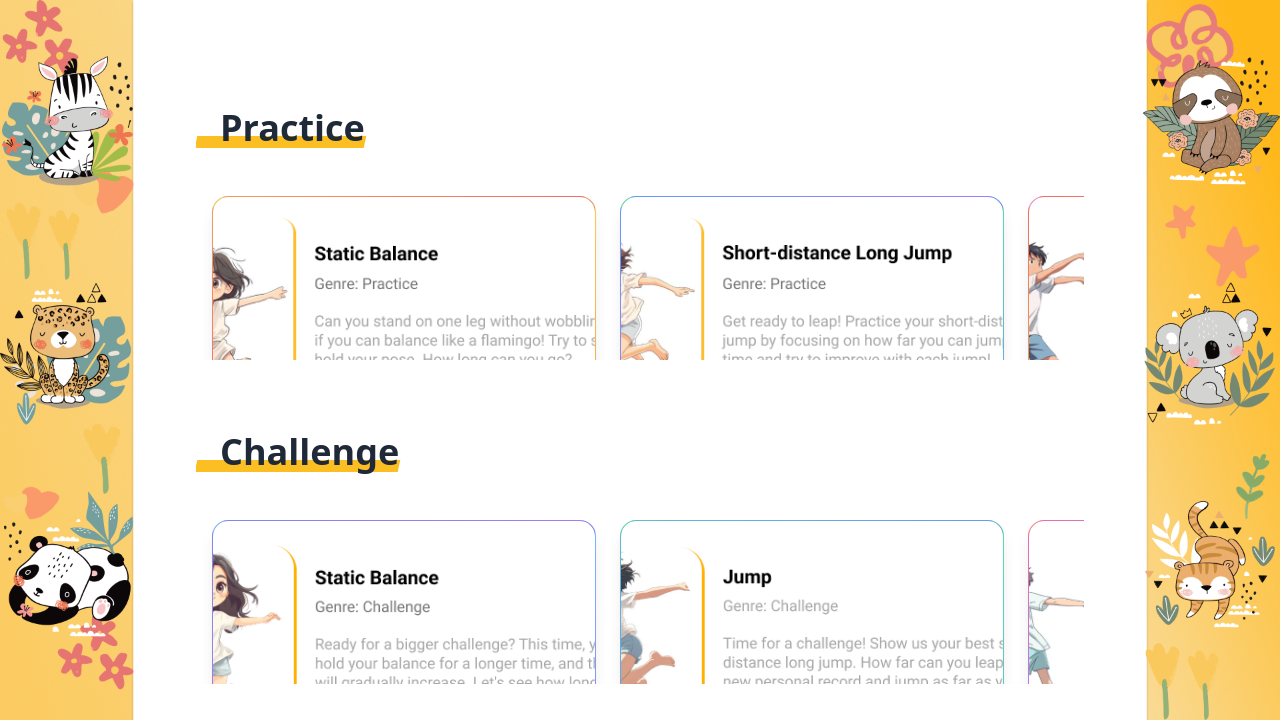
Repository: Jayhawk2000/AR_Game_DCD_Children
Page: homepage.html
These files come from the project's save history. The page is drawn as it stood at one moment and after the next save; the edit follows.
The browser window is 1280 px wide. The pictures show the whole page.

Above is the page before, as saved 2024-10-16 13:28:22.

After the next save:
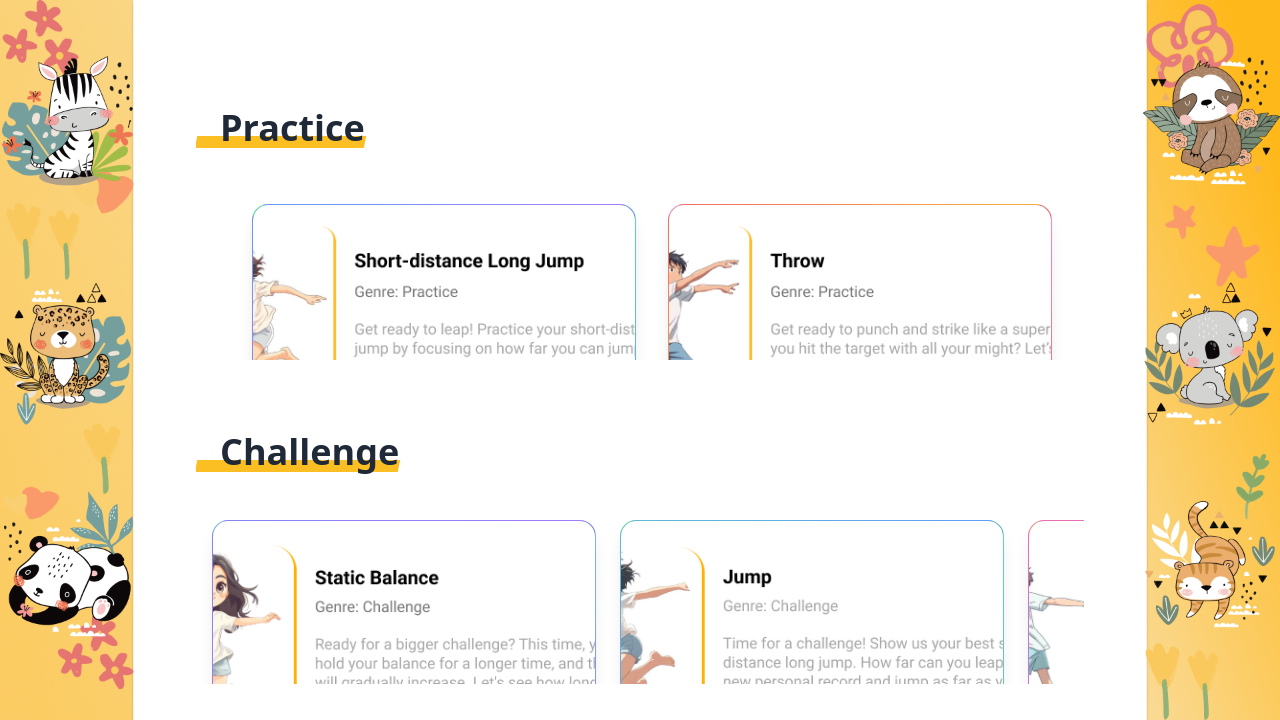
Saved 4 min 50 s later.
--- a/homepage.html
+++ b/homepage.html
@@ -69,13 +69,13 @@
                 <span class="relative z-10">Practice</span>
                 <span class="absolute left-0 bottom-0 w-full h-3 bg-yellow-400 transform -skew-x-12"></span>
             </h2>
-            <div class="card-slider overflow-x-auto snap-x snap-mandatory flex space-x-6 p-4">
-                <a href="prac_bal.html" class="card flex-none w-96 h-64 bg-gradient-to-br from-yellow-400 via-orange-500 to-red-500 rounded-2xl shadow-lg hover:shadow-2xl transition-all duration-300 relative overflow-hidden group border border-white border-opacity-20">
-                    <div class="absolute inset-0 bg-black opacity-40"></div>
-                    <div class="absolute inset-0 bg-cover bg-center" style="background-image: url('img/balance_practice.png');"></div>
-                    <div class="absolute inset-0 bg-gradient-to-t from-black via-transparent to-transparent opacity-0 group-hover:opacity-100 transition-opacity duration-300 flex flex-col justify-end p-6">
-                        <h3 class="text-white text-2xl font-bold mb-2 transform translate-y-2 group-hover:translate-y-0 transition-transform duration-300">Balance Practice</h3>
-                        <p class="text-white text-sm opacity-0 group-hover:opacity-100 transition-opacity duration-300 delay-100">Improve your balance skills</p>
+            <div class="card-slider overflow-x-auto snap-x snap-mandatory flex space-x-8 p-6">
+                <a href="prac_bal.html" class="card group relative w-[400px] h-[250px] rounded-3xl shadow-lg hover:shadow-2xl transition-all duration-500 overflow-hidden">
+                    <div class="absolute inset-0 bg-gradient-to-br from-yellow-400/50 via-orange-500/50 to-red-500/50 opacity-60 group-hover:opacity-70 transition-opacity duration-500"></div>
+                    <img src="img/balance_practice.png" alt="Balance Practice" class="absolute inset-0 w-full h-full object-cover transform group-hover:scale-110 transition-transform duration-500">
+                    <div class="absolute inset-0 flex flex-col justify-end p-6 bg-gradient-to-t from-black/70 via-black/50 to-transparent opacity-0 group-hover:opacity-100 transition-all duration-500">
+                        <h3 class="text-white text-2xl font-bold mb-2 transform translate-y-2 group-hover:translate-y-0 transition-transform duration-500">Balance Practice</h3>
+                        <p class="text-white text-sm opacity-0 group-hover:opacity-100 transition-opacity duration-500 delay-100">Improve your balance skills</p>
                     </div>
                 </a>
                 <a href="prac_jump.html" class="card flex-none w-96 h-64 bg-gradient-to-br from-green-400 via-blue-500 to-purple-500 rounded-2xl shadow-lg hover:shadow-2xl transition-all duration-300 relative overflow-hidden group border border-white border-opacity-20">
